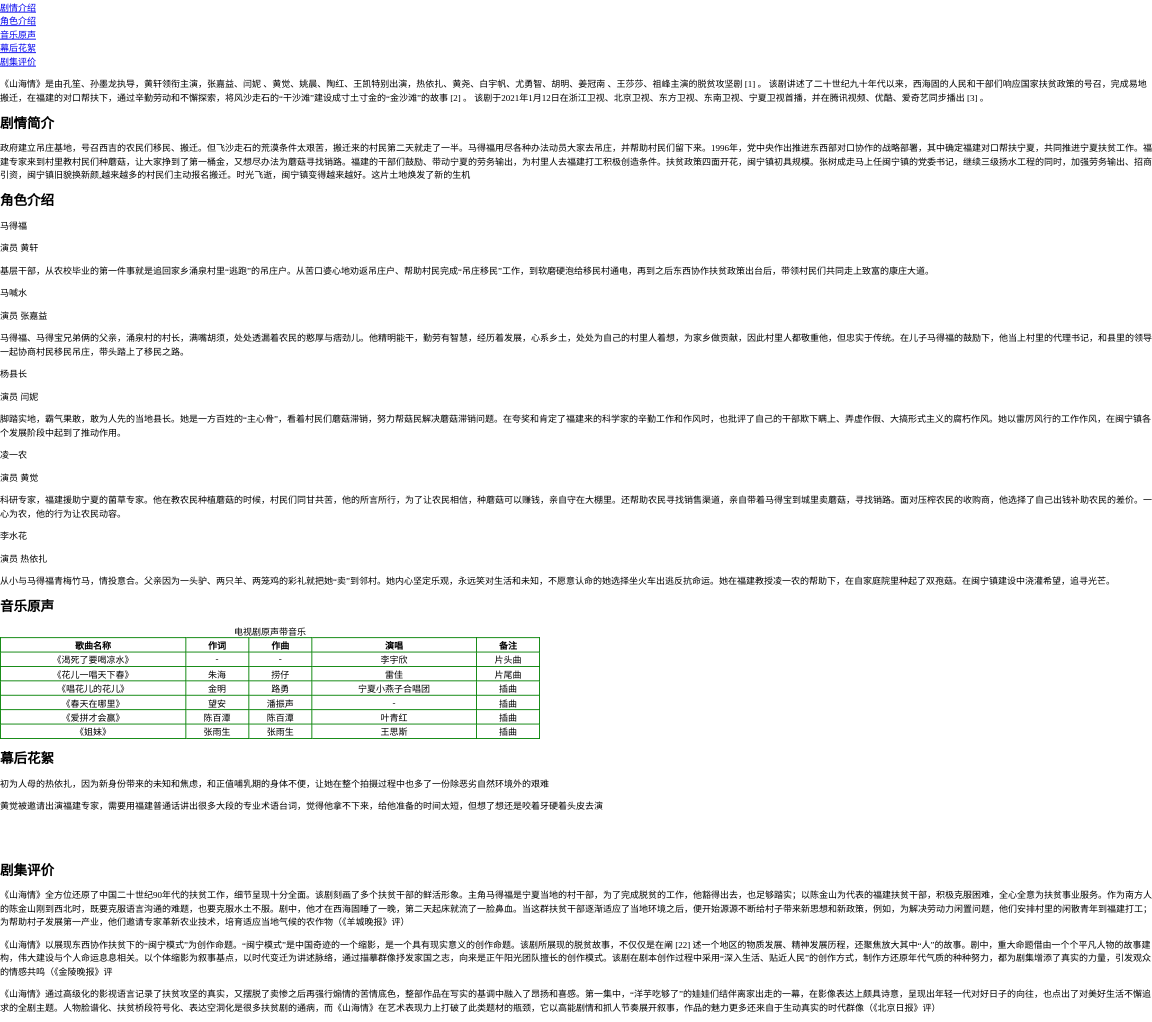
Repository: Lixianlai-2/static-website
Page: index.html
The author's editor kept a copy of each file at every save. The page is drawn from the files as they stood at one save, then again after the next save.
The browser window is 1280 px wide. The pictures show the whole page, at 90% of full size.

Above is the page before, as saved 2021-11-30 20:43:43.

### index.html
<!DOCTYPE html>
<html lang="zh-CN">
  <head>
    <meta charset="UTF-8" />
    <meta http-equiv="X-UA-Compatible" content="IE=edge" />
    <meta
      name="viewport"
      content="width=device-width, initial-scale=1.0"
      content="ie=edge"
    />
    <title>山海情</title>

    <style>
      * {
        margin: 0;
        padding: 0;
        box-sizing: border-box;
      }

      body {
        font-size: 10px;
      }
      h2,
      div,
      p {
        margin: 10px 0;
      }

      img {
        max-width: 100%;
      }

      table {
        text-align: center;
        max-width: 100%;
        width: 600px;
        table-layout: auto;
        border-collapse: collapse;
        border-spacing: 0;
      }

      th,
      td {
        border: 1px solid green;
      }
    </style>
  </head>
  <body>
    <nav>
      <ol>
        <li><a href="#Plot">剧情介绍</a></li>
        <li><a href="#Role">角色介绍</a></li>
        <li><a href="#Music">音乐原声</a></li>
        <li><a href="#Tidbits">幕后花絮</a></li>
        <li><a href="#Evaluation">剧集评价</a></li>
      </ol>
    </nav>

    <p>
      《山海情》是由孔笙、孙墨龙执导，黄轩领衔主演，张嘉益、闫妮
      、黄觉、姚晨、陶红、王凯特别出演，热依扎、黄尧、白宇帆、尤勇智、胡明、姜冠南
      、王莎莎、祖峰主演的脱贫攻坚剧 [1] 。
      该剧讲述了二十世纪九十年代以来，西海固的人民和干部们响应国家扶贫政策的号召，完成易地搬迁，在福建的对口帮扶下，通过辛勤劳动和不懈探索，将风沙走石的“干沙滩”建设成寸土寸金的“金沙滩”的故事
      [2] 。
      该剧于2021年1月12日在浙江卫视、北京卫视、东方卫视、东南卫视、宁夏卫视首播，并在腾讯视频、优酷、爱奇艺同步播出
      [3] 。
    </p>

    <h2 id="Plot">剧情简介</h2>
    <p>
      政府建立吊庄基地，号召西吉的农民们移民、搬迁。但飞沙走石的荒漠条件太艰苦，搬迁来的村民第二天就走了一半。马得福用尽各种办法动员大家去吊庄，并帮助村民们留下来。1996年，党中央作出推进东西部对口协作的战略部署，其中确定福建对口帮扶宁夏，共同推进宁夏扶贫工作。福建专家来到村里教村民们种蘑菇，让大家挣到了第一桶金，又想尽办法为蘑菇寻找销路。福建的干部们鼓励、带动宁夏的劳务输出，为村里人去福建打工积极创造条件。扶贫政策四面开花，闽宁镇初具规模。张树成走马上任闽宁镇的党委书记，继续三级扬水工程的同时，加强劳务输出、招商引资，闽宁镇旧貌换新颜,越来越多的村民们主动报名搬迁。时光飞逝，闽宁镇变得越来越好。这片土地焕发了新的生机
    </p>

    <h2 id="Role">角色介绍</h2>

    <ul>
      <li>
        <dl>
          <dt>
            <!-- div.role-name>span.item-value+div.role-actor>span.item-key+span.item-value -->
            <div class="role-name">
              <span class="item-value">马得福</span>
              <div class="role-actor">
                <span class="item-key">演员</span>
                <span class="item-value">黄轩</span>
              </div>
            </div>
          </dt>
          <dl>
            <p>
              基层干部，从农校毕业的第一件事就是追回家乡涌泉村里“逃跑”的吊庄户。从苦口婆心地劝返吊庄户、帮助村民完成“吊庄移民”工作，到软磨硬泡给移民村通电，再到之后东西协作扶贫政策出台后，带领村民们共同走上致富的康庄大道。
            </p>
          </dl>
        </dl>
      </li>
      <li>
        <dl>
          <dt>
            <div class="role-name">
              <span class="item-value">马喊水</span>
              <div class="role-actor">
                <span class="item-key">演员</span
                ><span class="item-value"> 张嘉益</span>
                <dl>
                  <p>
                    马得福、马得宝兄弟俩的父亲，涌泉村的村长，满嘴胡须，处处透漏着农民的憨厚与痞劲儿。他精明能干，勤劳有智慧，经历着发展，心系乡土，处处为自己的村里人着想，为家乡做贡献，因此村里人都敬重他，但忠实于传统。在儿子马得福的鼓励下，他当上村里的代理书记，和县里的领导一起协商村民移民吊庄，带头踏上了移民之路。
                  </p>
                </dl>
              </div>
            </div>
          </dt>
        </dl>
      </li>
      <li>
        <dl>
          <dt>
            <div class="role-name">
              <span class="item-value">杨县长</span>
              <div class="role-actor">
                <span class="item-key">演员</span>
                <span class="item-value">闫妮</span>
                <dl>
                  <p>
                    脚踏实地，霸气果敢，敢为人先的当地县长。她是一方百姓的“主心骨”，看着村民们蘑菇滞销，努力帮菇民解决蘑菇滞销问题。在夸奖和肯定了福建来的科学家的辛勤工作和作风时，也批评了自己的干部欺下瞒上、弄虚作假、大搞形式主义的腐朽作风。她以雷厉风行的工作作风，在闽宁镇各个发展阶段中起到了推动作用。
                  </p>
                </dl>
              </div>
            </div>
          </dt>
        </dl>
      </li>
      <li>
        <dl>
          <dt>
            <div class="role-name">
              <span class="item-value">凌一农</span>
              <div class="role-actor">
                <span class="item-key">演员</span>
                <span class="item-value">黄觉</span>
                <dl>
                  <p>
                    科研专家，福建援助宁夏的菌草专家。他在教农民种植蘑菇的时候，村民们同甘共苦，他的所言所行，为了让农民相信，种蘑菇可以赚钱，亲自守在大棚里。还帮助农民寻找销售渠道，亲自带着马得宝到城里卖蘑菇，寻找销路。面对压榨农民的收购商，他选择了自己出钱补助农民的差价。一心为农，他的行为让农民动容。
                  </p>
                </dl>
              </div>
            </div>
          </dt>
        </dl>
      </li>
      <li>
        <dl>
          <dt>
            <div class="role-name">
              <span class="item-value">李水花</span>
              <div class="role-actor">
                <span class="item-key">演员</span>
                <span class="item-value">热依扎</span>
                <dl>
                  <p>
                    从小与马得福青梅竹马，情投意合。父亲因为一头驴、两只羊、两笼鸡的彩礼就把她“卖”到邻村。她内心坚定乐观，永远笑对生活和未知，不愿意认命的她选择坐火车出逃反抗命运。她在福建教授凌一农的帮助下，在自家庭院里种起了双孢菇。在闽宁镇建设中浇灌希望，追寻光芒。
                  </p>
                </dl>
              </div>
            </div>
          </dt>
        </dl>
      </li>
    </ul>

    <!-- ul>(li>dl>dt>div.role-name>span.item-value+div.role-actor>span.item-key+span.item-value+dl)*5 -->
    <!-- div.role-name>span.item-value+div.role-actor>span.item-key+span.item-value -->

    <h2 id="Music">音乐原声</h2>
    <table>
      <caption>
        电视剧原声带音乐
      </caption>
      <thead>
        <tr>
          <th>歌曲名称</th>
          <th>作词</th>
          <th>作曲</th>
          <th>演唱</th>
          <th>备注</th>
        </tr>
      </thead>
      <tbody>
        <tr>
          <td>《渴死了要喝凉水》</td>
          <td>-</td>
          <td>-</td>
          <td>李宇欣</td>
          <td>片头曲</td>
        </tr>
        <tr>
          <td>《花儿一唱天下春》</td>
          <td>朱海</td>
          <td>捞仔</td>
          <td>雷佳</td>
          <td>片尾曲</td>
        </tr>
        <tr>
          <td>《唱花儿的花儿》</td>
          <td>金明</td>
          <td>路勇</td>
          <td>宁夏小燕子合唱团</td>
          <td>插曲</td>
        </tr>
        <tr>
          <td>《春天在哪里》</td>
          <td>望安</td>
          <td>潘振声</td>
          <td>-</td>
          <td>插曲</td>
        </tr>
        <tr>
          <td>《爱拼才会赢》</td>
          <td>陈百潭</td>
          <td>陈百潭</td>
          <td>叶青红</td>
          <td>插曲</td>
        </tr>
        <tr>
          <td>《姐妹》</td>
          <td>张雨生</td>
          <td>张雨生</td>
          <td>王思斯</td>
          <td>插曲</td>
        </tr>
      </tbody>
      <tfoot></tfoot>
    </table>

    <h2 id="Tidbits">幕后花絮</h2>
    <ul>
      <li>
        <p>
          初为人母的热依扎，因为新身份带来的未知和焦虑，和正值哺乳期的身体不便，让她在整个拍摄过程中也多了一份除恶劣自然环境外的艰难
        </p>
      </li>
      <li>
        <p>
          黄觉被邀请出演福建专家，需要用福建普通话讲出很多大段的专业术语台词，觉得他拿不下来，给他准备的时间太短，但想了想还是咬着牙硬着头皮去演
        </p>
      </li>
      <li></li>
      <li></li>
      <li></li>
    </ul>
    <h2 id="Evaluation">剧集评价</h2>
    <div>
      《山海情》全方位还原了中国二十世纪90年代的扶贫工作，细节呈现十分全面。该剧刻画了多个扶贫干部的鲜活形象。主角马得福是宁夏当地的村干部，为了完成脱贫的工作，他豁得出去，也足够踏实；以陈金山为代表的福建扶贫干部，积极克服困难，全心全意为扶贫事业服务。作为南方人的陈金山刚到西北时，既要克服语言沟通的难题，也要克服水土不服。剧中，他才在西海固睡了一晚，第二天起床就流了一脸鼻血。当这群扶贫干部逐渐适应了当地环境之后，便开始源源不断给村子带来新思想和新政策，例如，为解决劳动力闲置问题，他们安排村里的闲散青年到福建打工；为帮助村子发展第一产业，他们邀请专家革新农业技术，培育适应当地气候的农作物（《羊城晚报》评）
    </div>
    <div>
      《山海情》以展现东西协作扶贫下的“闽宁模式”为创作命题。“闽宁模式”是中国奇迹的一个缩影，是一个具有现实意义的创作命题。该剧所展现的脱贫故事，不仅仅是在阐
      [22]
      述一个地区的物质发展、精神发展历程，还聚焦放大其中“人”的故事。剧中，重大命题借由一个个平凡人物的故事建构，伟大建设与个人命运息息相关。以个体缩影为叙事基点，以时代变迁为讲述脉络，通过描摹群像抒发家国之志，向来是正午阳光团队擅长的创作模式。该剧在剧本创作过程中采用“深入生活、贴近人民”的创作方式，制作方还原年代气质的种种努力，都为剧集增添了真实的力量，引发观众的情感共鸣（《金陵晚报》评
    </div>
    <div>
      《山海情》通过高级化的影视语言记录了扶贫攻坚的真实，又摆脱了卖惨之后再强行煽情的苦情底色，整部作品在写实的基调中融入了昂扬和喜感。第一集中，“洋芋吃够了”的娃娃们结伴离家出走的一幕，在影像表达上颇具诗意，呈现出年轻一代对好日子的向往，也点出了对美好生活不懈追求的全剧主题。人物脸谱化、扶贫桥段符号化、表达空洞化是很多扶贫剧的通病，而《山海情》在艺术表现力上打破了此类题材的瓶颈，它以高能剧情和抓人节奏展开叙事，作品的魅力更多还来自于生动真实的时代群像（《北京日报》评）
    </div>
  </body>
</html>

After the next save:
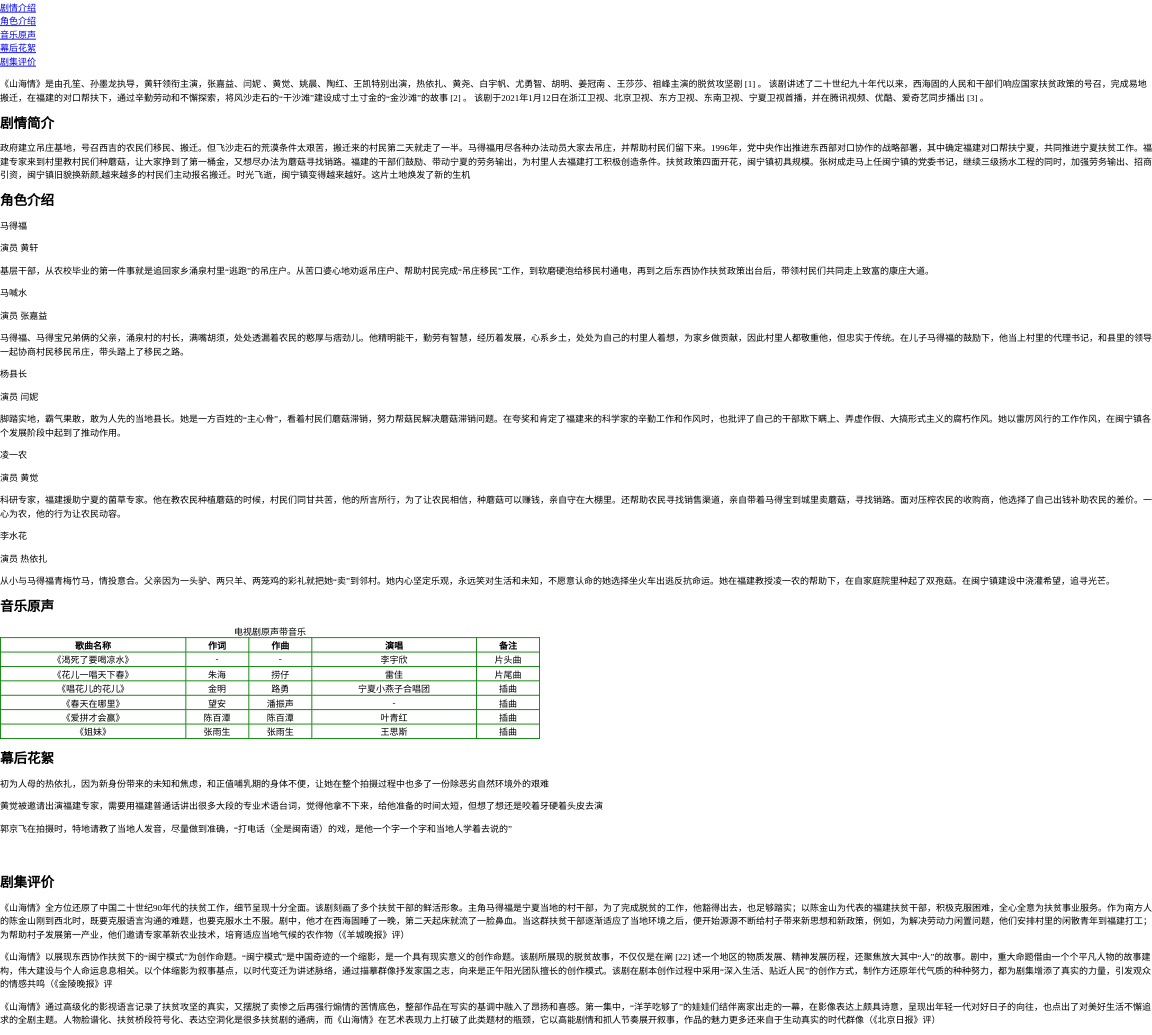
Saved 7 s later.
--- a/index.html
+++ b/index.html
@@ -243,7 +243,11 @@
           黄觉被邀请出演福建专家，需要用福建普通话讲出很多大段的专业术语台词，觉得他拿不下来，给他准备的时间太短，但想了想还是咬着牙硬着头皮去演
         </p>
       </li>
-      <li></li>
+      <li>
+        <p>
+          郭京飞在拍摄时，特地请教了当地人发音，尽量做到准确，“打电话（全是闽南语）的戏，是他一个字一个字和当地人学着去说的”
+        </p>
+      </li>
       <li></li>
       <li></li>
     </ul>
